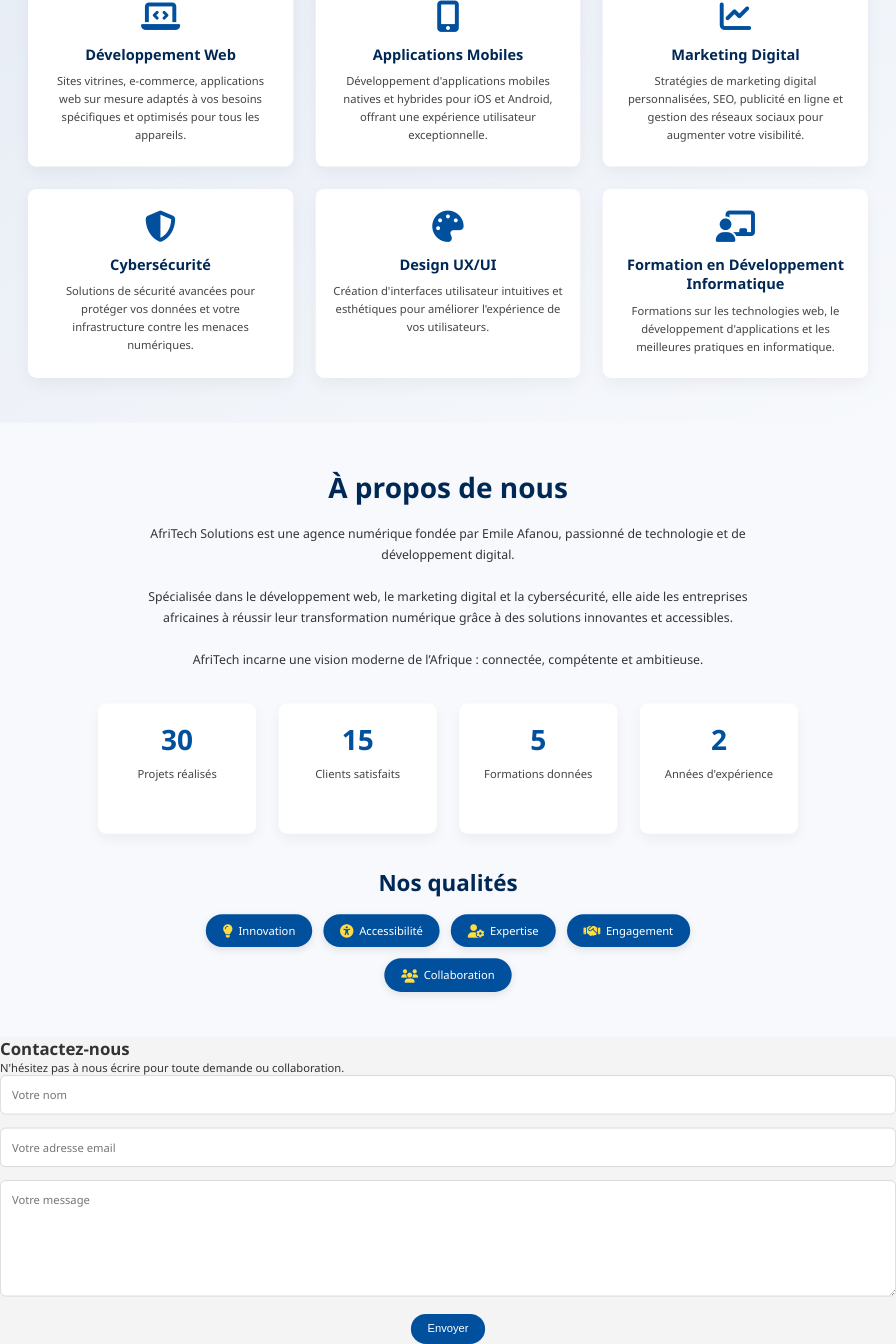
Repository: prestige225/AFRITECH
Page: index.html
An editor plug-in stored every save of this project. The page is shown before and after the next save, followed by the edit.
The browser window is 1280 px wide. The pictures show the part of the page from y = 670 to 2590 px (the page is 2590 px tall before and 2253 px after), at 70% of full size.

Above is the page before, as saved 2025-07-16 03:40:08.

### index.html

<!DOCTYPE html>
<html lang="en">
<head>
    <meta charset="UTF-8">
    <meta name="viewport" content="width=device-width, initial-scale=1.0">
    <!-- Font Awesome CDN -->
<link rel="stylesheet" href="https://cdnjs.cloudflare.com/ajax/libs/font-awesome/6.4.0/css/all.min.css">
    <link rel="stylesheet" href="style.css">

    <title>AFRITECH</title>
</head>
<body>
    <header>
        <div class="logo">
            <img src="image/logo.jpg" alt="AfanouTech Logo">
            <h1><span>AFRI</span>TECH</h1>
        </div>

         <!-- Bouton hamburger visible sur mobile -->
  <div class="menu-toggle" id="menu-toggle">
    <i class="fas fa-bars"></i>
  </div>


       <nav>
  <ul>
    <li><a href="index.html"><i class="fas fa-home"></i> Accueil</a></li>
    <li><a href="service.html"><i class="fas fa-tools"></i> Services</a></li>
    <li><a href="about.html"><i class="fas fa-info-circle"></i> À propos</a></li>
    <li><a href="contact.html"><i class="fas fa-envelope"></i> Contact</a></li>
    <li><a href="projet.html"><i class="fas fa-project-diagram"></i> Projets</a></li>
  </ul>
</nav>

    </header>

<!-- hero -->
 <section class="hero">
    <div class="hero-content">
        <h1>Solutions numériques innovantes pour l'Afrique</h1>

        <p>Nous créons des expériences web exceptionnelles et des stratégies marketing digitales qui propulsent votre entreprise vers le succès.</p>
        <a href="contact.html" class="btn">Contactez-nous</a>
        <a href="#" class="btn">Nos Services</a>

    </div>
    <div class="hero-image">
        <img src="image/emile.jpg" alt="Image d'accueil">
    </div>

    <div class="couleurpassante en design">

    </div>

 </section>


 <!-- SECTION SERVICES -->
  <section id="services" class="services-section">
            <h2>Nos Services</h2>
    <div class="services">

        <div class="service-item">
            <i class="fas fa-laptop-code"></i>
            <h3>Développement Web</h3>
            <p>Sites vitrines, e-commerce, applications web sur mesure adaptés à vos besoins spécifiques et optimisés pour tous les appareils.</p>
        </div>
        <div class="service-item">
            <i class="fas fa-mobile-alt"></i>
            <h3>Applications Mobiles</h3>
            <p>Développement d'applications mobiles natives et hybrides pour iOS et Android, offrant une expérience utilisateur exceptionnelle.</p>
        </div>
        <div class="service-item">
            <i class="fas fa-chart-line"></i>
            <h3>Marketing Digital</h3>
            <p>Stratégies de marketing digital personnalisées, SEO, publicité en ligne et gestion des réseaux sociaux pour augmenter votre visibilité.</p>
        </div>
        <div class="service-item">
            <i class="fas fa-shield-alt"></i>
            <h3>Cybersécurité</h3>
            <p>Solutions de sécurité avancées pour protéger vos données et votre infrastructure contre les menaces numériques.</p>
        </div>
        <div class="service-item">
            <i class="fas fa-palette"></i>
            <h3>Design UX/UI</h3>
            <p>Création d'interfaces utilisateur intuitives et esthétiques pour améliorer l'expérience de vos utilisateurs.</p>
        </div>

        <div class="service-item">
            <i class="fas fa-chalkboard-teacher"></i>
            <h3>Formation en Développement Informatique</h3>
            <p>Formations sur les technologies web, le développement d'applications et les meilleures pratiques en informatique.</p>
            </div>
    </div>
  </section>
<!-- SECTION apropos -->
<section id="about" class="about-section">
  <h2>À propos de nous</h2>
  <p>
    AfriTech Solutions est une agence numérique fondée par Emile Afanou, passionné de technologie et de développement digital.<br><br>
    Spécialisée dans le développement web, le marketing digital et la cybersécurité, elle aide les entreprises africaines à réussir leur transformation numérique grâce à des solutions innovantes et accessibles.<br><br>
    AfriTech incarne une vision moderne de l’Afrique : connectée, compétente et ambitieuse.
  </p>

  <!-- COMPTEURS -->
  <div class="counters">
    <div class="counter-box">
      <span class="counter" data-target="30">0</span>
      <p>Projets réalisés</p>
    </div>
    <div class="counter-box">
      <span class="counter" data-target="15">0</span>
      <p>Clients satisfaits</p>
    </div>
    <div class="counter-box">
      <span class="counter" data-target="5">0</span>
      <p>Formations données</p>
    </div>
    <div class="counter-box">
      <span class="counter" data-target="2">0</span>
      <p>Années d'expérience</p>
    </div>
  </div>

  <!-- NOS QUALITÉS -->
  <div class="nos-qualites">
    <h3>Nos qualités</h3>
    <ul>
      <li><i class="fas fa-lightbulb"></i> Innovation</li>
      <li><i class="fas fa-universal-access"></i> Accessibilité</li>
      <li><i class="fas fa-user-cog"></i> Expertise</li>
      <li><i class="fas fa-handshake"></i> Engagement</li>
      <li><i class="fas fa-users"></i> Collaboration</li>
    </ul>
  </div>
</section>


<section id="contact" class="contact-section">
  <h2>Contactez-nous</h2>
  <p>N'hésitez pas à nous écrire pour toute demande ou collaboration.</p>

  <form action="https://formspree.io/f/mabcxyz" method="POST">
    <div class="form-group">
      <input type="text" name="name" placeholder="Votre nom" required>
    </div>
    <div class="form-group">
      <input type="email" name="email" placeholder="Votre adresse email" required>
    </div>
    <div class="form-group">
      <textarea name="message" rows="6" placeholder="Votre message" required></textarea>
    </div>
    <button type="submit" class="btn">Envoyer</button>
  </form>
</section>



    <script src="index.js"></script>

    <!--  -->
</body>
</html>

### style.css

/* ========== RESET ========== */
* {
  margin: 0;
  padding: 0;
  box-sizing: border-box;
}

/* ========== GLOBAL ========== */
body {
  font-family: 'Segoe UI', sans-serif;
  background-color: #f4f4f4;
  color: #333;
}

/* ========== HEADER ========== */
header {
  background-color: #002855;
  color: white;
  padding: 1rem 2rem;
  display: flex;
  justify-content: space-between;
  align-items: center;
  flex-wrap: wrap;
  position: relative;
}

/* Logo */
.logo {
  display: flex;
  align-items: center;
  gap: 10px;
}

.logo img {
  width: 40px;
  height: 40px;
}

.logo h1 {
  font-size: 1.5rem;
  font-weight: bold;
}

.logo span {
  color: #ff8000;
}

/* Navigation */
nav ul {
  list-style: none;
  display: flex;
  gap: 1.5rem;
}

nav a {
  color: white;
  text-decoration: none;
  font-weight: 500;
  transition: 0.3s;
}

nav a:hover {
  color: #ff8000;
}

/* Hamburger button */
.menu-toggle {
  display: none;
  font-size: 1.8rem;
  color: white;
  cursor: pointer;
}

/* ========== RESPONSIVE ========== */
@media (max-width: 768px) {
  nav {
    width: 100%;
  }

  nav ul {
    flex-direction: column;
    background-color: #002855;
    position: absolute;
    top: 100%;
    left: 0;
    right: 0;
    display: none;
    padding: 1rem;
    z-index: 10;
  }

  nav ul.active {
    display: flex;
  }

  .menu-toggle {
    display: block;
  }
}
/* 🎯 SECTION HERO MODERNE */
.hero {
  display: flex;
  flex-wrap: wrap;
  align-items: center;
  justify-content: space-between;
  padding: 3rem 2rem;
  background: linear-gradient(to right, #002855, #00509e);
  color: white;
  position: relative;
  overflow: hidden;
}

/* Contenu texte */
.hero-content {
  flex: 1 1 50%;
  max-width: 600px;
  z-index: 1;
}

.hero-content h1 {
  font-size: 2.5rem;
  margin-bottom: 1rem;
}

.hero-content p {
  font-size: 1.1rem;
  margin-bottom: 2rem;
  line-height: 1.6;
}

/* Boutons */
.hero-content .btn {
  display: inline-block;
  background-color: #ff8000;
  color: white;
  padding: 0.8rem 1.5rem;
  margin-right: 1rem;
  border-radius: 5px;
  text-decoration: none;
  font-weight: bold;
  transition: background 0.3s ease;
}

.hero-content .btn:hover {
  background-color: #e67300;
}

/* Image d’accueil */
.hero-image {
  flex: 1 1 40%;
  text-align: center;
  z-index: 1;
}

.hero-image img {
  width: 100%;
  max-width: 400px;
  height: auto;
  border-radius: 15px;
}

/* Effet décoratif de fond (couleurpassante) */
.couleurpassante {
  position: absolute;
  top: -50px;
  right: -50px;
  width: 300px;
  height: 300px;
  background: radial-gradient(circle, #ffffff22, transparent 70%);
  border-radius: 50%;
  animation: flotter 10s infinite alternate;
  z-index: 0;
}

/* Animation douce */
@keyframes flotter {
  0% {
    transform: translateY(0) rotate(0deg);
  }
  100% {
    transform: translateY(20px) rotate(20deg);
  }
}

/* 📱 Responsive */
@media (max-width: 768px) {
  .hero {
    flex-direction: column;
    text-align: center;
  }

  .hero-content, .hero-image {
    flex: 1 1 100%;
    max-width: 100%;
  }

  .hero-content h1 {
    font-size: 2rem;
  }

  .hero-content p {
    font-size: 1rem;
  }

  .hero-content .btn {
    margin-bottom: 1rem;
  }
}


/* ========== SECTION SERVICES ========== */
.services-section {
  padding: 4rem 2rem;
  background: linear-gradient(to bottom right, #e6ecf5, #f7f9fc);
  text-align: center;
}

.services-section h2 {
  font-size: 2.5rem;
  margin-bottom: 3rem;
  color: #002855;
  font-weight: 700;
}

/* Container de toutes les cartes */
.services {
  display: grid;
  grid-template-columns: repeat(auto-fit, minmax(280px, 1fr));
  gap: 2rem;
  max-width: 1200px;
  margin: 0 auto;
}

/* Style individuel des services */
.service-item {
  background-color: #ffffff;
  border-radius: 12px;
  padding: 2rem 1.5rem;
  box-shadow: 0 8px 25px rgba(0, 0, 0, 0.05);
  transition: transform 0.3s ease, box-shadow 0.3s ease;
}

.service-item:hover {
  transform: translateY(-8px);
  box-shadow: 0 12px 30px rgba(0, 0, 0, 0.1);
}

/* Icône */
.service-item i {
  font-size: 2.8rem;
  color: #00509e;
  margin-bottom: 1rem;
}

/* Titre */
.service-item h3 {
  font-size: 1.3rem;
  margin-bottom: 0.8rem;
  color: #002855;
  font-weight: 600;
}

/* Paragraphe */
.service-item p {
  font-size: 1rem;
  line-height: 1.6;
  color: #444;
}


/* ===== SECTION À PROPOS ===== */
.about-section {
  padding: 4rem 2rem;
  text-align: center;
  background: #f7f9fc;
}

.about-section h2 {
  font-size: 2.5rem;
  color: #002855;
  margin-bottom: 1.5rem;
}

.about-section p {
  max-width: 900px;
  margin: 0 auto 3rem;
  font-size: 1.1rem;
  line-height: 1.8;
  color: #333;
}

/* ===== SECTION À PROPOS ===== */
.about-section {
  padding: 4rem 2rem;
  text-align: center;
  background: #f7f9fc;
  font-family: 'Segoe UI', Tahoma, Geneva, Verdana, sans-serif;
}

.about-section h2 {
  font-size: 2.5rem;
  color: #002855;
  margin-bottom: 1.5rem;
  font-weight: 700;
}

.about-section p {
  max-width: 900px;
  margin: 0 auto 3rem;
  font-size: 1.1rem;
  line-height: 1.7;
  color: #333;
}

.about-section {
  padding: 4rem 2rem;
  text-align: center;
  background: #f7f9fc;
  font-family: 'Segoe UI', Tahoma, Geneva, Verdana, sans-serif;
}

.about-section h2 {
  font-size: 2.5rem;
  color: #002855;
  margin-bottom: 1.5rem;
  font-weight: 700;
}

.about-section p {
  max-width: 900px;
  margin: 0 auto 3rem;
  font-size: 1.1rem;
  line-height: 1.7;
  color: #333;
}

/* Compteurs */
.counters {
  display: grid;
  grid-template-columns: repeat(auto-fit, minmax(160px, 1fr));
  gap: 2rem;
  max-width: 1000px;
  margin: 0 auto 3rem;
}

.counter-box {
  background: #fff;
  border-radius: 12px;
  padding: 1.5rem;
  box-shadow: 0 8px 20px rgba(0, 0, 0, 0.05);
  transition: transform 0.3s ease;
}

.counter-box:hover {
  transform: translateY(-5px);
}

.counter {
  font-size: 2.5rem;
  font-weight: 700;
  color: #00509e;
  display: block;
}

.counter-box p {
  margin-top: 0.5rem;
  font-size: 1rem;
  color: #444;
}

/* Nos qualités */
.nos-qualites {
  margin-top: 3rem;
  max-width: 800px;
  margin-left: auto;
  margin-right: auto;
  text-align: center;
}

.nos-qualites h3 {
  font-size: 2rem;
  color: #002855;
  margin-bottom: 1.5rem;
  font-weight: 700;
}

.nos-qualites ul {
  list-style: none;
  padding: 0;
  display: flex;
  flex-wrap: wrap;
  justify-content: center;
  gap: 1rem;
}

.nos-qualites li {
  background-color: #00509e;
  color: #fff;
  padding: 0.8rem 1.5rem;
  border-radius: 25px;
  font-size: 1rem;
  font-weight: 500;
  box-shadow: 0 4px 12px rgba(0, 0, 0, 0.1);
  display: flex;
  align-items: center;
  gap: 0.5rem;
  transition: background 0.3s ease;
}

.nos-qualites li:hover {
  background-color: #003f7f;
}

.nos-qualites li i {
  color: #ffdd40;
  font-size: 1.2rem;
}

/* Responsive */
@media (max-width: 768px) {
  .about-section h2 {
    font-size: 2rem;
  }

  .about-section p {
    font-size: 1rem;
    padding: 0 1rem;
  }

  .counter {
    font-size: 2rem;
  }

  .counter-box p {
    font-size: 0.95rem;
  }

  .nos-qualites li {
    font-size: 0.95rem;
    padding: 0.7rem 1.2rem;
  }
}

@media (max-width: 480px) {
  .counters {
    grid-template-columns: 1fr;
  }

  .nos-qualites ul {
    flex-direction: column;
    gap: 1rem;
  }

  .nos-qualites li {
    justify-content: center;
  }
}


/* Bouton pour ouvrir la modale */
.open-modal-btn {
  padding: 10px 20px;
  background-color: #00509e;
  color: white;
  border: none;
  border-radius: 25px;
  cursor: pointer;
  font-size: 1rem;
  margin: 2rem auto;
  display: block;
}

.open-modal-btn:hover {
  background-color: #003f7f;
}

/* Modale */
.modal {
  display: none;
  position: fixed;
  z-index: 1000;
  left: 0; top: 0;
  width: 100%;
  height: 100%;
  overflow: auto;
  background-color: rgba(0, 0, 0, 0.7);
}

/* Contenu de la modale */
.modal-content {
  background-color: #fff;
  margin: 10% auto;
  padding: 2rem;
  border-radius: 10px;
  max-width: 600px;
  width: 90%;
  position: relative;
  animation: fadeIn 0.3s ease-in-out;
}

/* Animation */
@keyframes fadeIn {
  from {opacity: 0; transform: scale(0.9);}
  to {opacity: 1; transform: scale(1);}
}

.modal-content h2 {
  color: #003f7f;
  margin-bottom: 1rem;
  font-size: 2rem;
  text-align: center;
}

.modal-content p {
  font-size: 1rem;
  text-align: center;
  color: #444;
}

.form-group {
  margin-bottom: 1.2rem;
}

input, textarea {
  width: 100%;
  padding: 1rem;
  border-radius: 8px;
  border: 1px solid #ccc;
  font-size: 1rem;
  font-family: inherit;
}

.btn {
  background-color: #00509e;
  color: white;
  padding: 0.8rem 1.5rem;
  border: none;
  border-radius: 25px;
  font-size: 1rem;
  cursor: pointer;
  display: block;
  margin: auto;
}

.btn:hover {
  background-color: #003f7f;
}

/* Bouton fermeture */
.close-btn {
  position: absolute;
  right: 15px;
  top: 10px;
  font-size: 1.8rem;
  color: #999;
  cursor: pointer;
}

.close-btn:hover {
  color: #000;
}

/* Responsive */
@media screen and (max-width: 500px) {
  .modal-content {
    padding: 1rem;
  }

  .modal-content h2 {
    font-size: 1.6rem;
  }

  .btn {
    width: 100%;
  }
}

### index.js

// script.js

// Récupération des éléments
const toggleBtn = document.getElementById("menu-toggle");
const navMenu = document.querySelector("nav ul");

// Écoute du clic sur le bouton menu
toggleBtn.addEventListener("click", () => {
  navMenu.classList.toggle("active");
});


const counters = document.querySelectorAll('.counter');

  counters.forEach(counter => {
    const updateCount = () => {
      const target = +counter.getAttribute('data-target');
      const count = +counter.innerText;
      const speed = 100; // Plus petit = plus rapide

      const increment = Math.ceil(target / speed);

      if (count < target) {
        counter.innerText = count + increment;
        setTimeout(updateCount, 30);
      } else {
        counter.innerText = target;
      }
    };

    updateCount();
  });

After the next save:
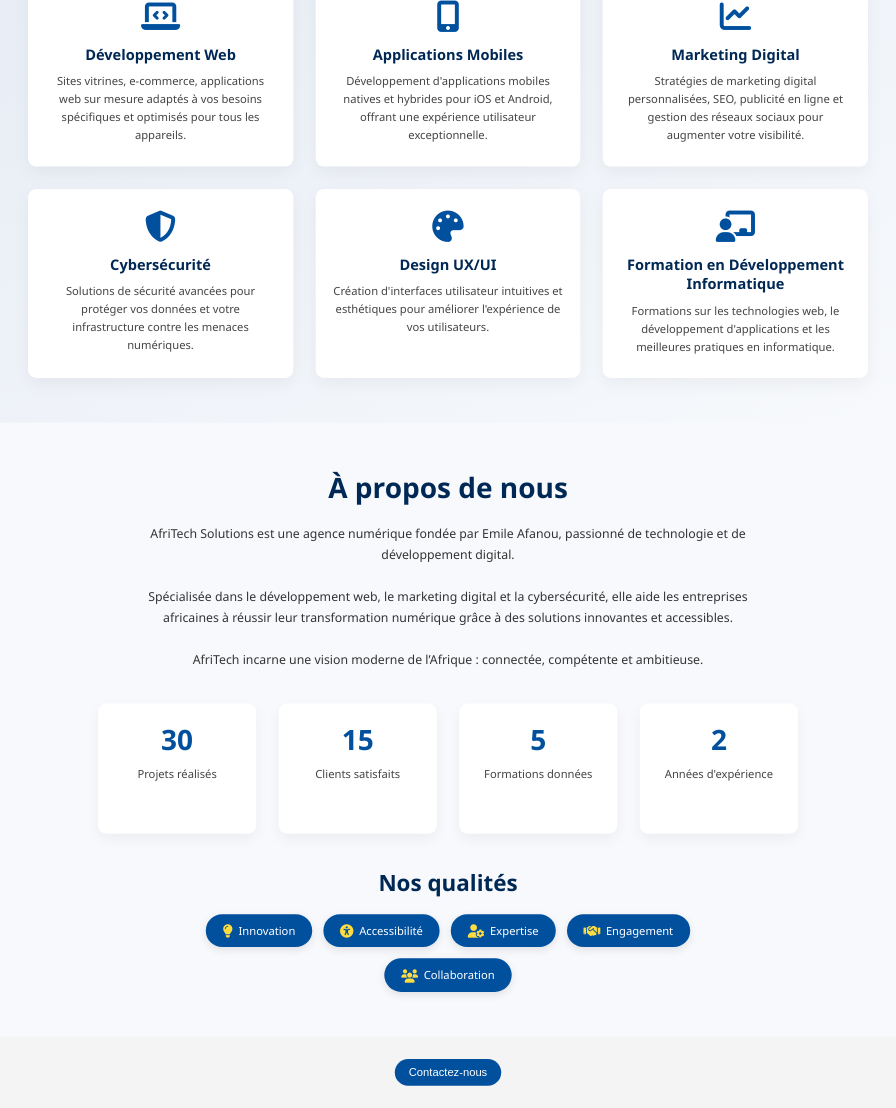
Saved 2 min 58 s later.
--- a/index.html
+++ b/index.html
@@ -28,7 +28,8 @@
     <li><a href="index.html"><i class="fas fa-home"></i> Accueil</a></li>
     <li><a href="service.html"><i class="fas fa-tools"></i> Services</a></li>
     <li><a href="about.html"><i class="fas fa-info-circle"></i> À propos</a></li>
-    <li><a href="contact.html"><i class="fas fa-envelope"></i> Contact</a></li>
+    <li><a href="#" id="openModalLink"><i class="fas fa-envelope"></i> Contact</a></li>
+
     <li><a href="projet.html"><i class="fas fa-project-diagram"></i> Projets</a></li>
   </ul>
 </nav>
@@ -136,29 +137,35 @@
   </div>
 </section>
 
-
-<section id="contact" class="contact-section">
-  <h2>Contactez-nous</h2>
-  <p>N'hésitez pas à nous écrire pour toute demande ou collaboration.</p>
-
-  <form action="https://formspree.io/f/mabcxyz" method="POST">
-    <div class="form-group">
-      <input type="text" name="name" placeholder="Votre nom" required>
-    </div>
-    <div class="form-group">
-      <input type="email" name="email" placeholder="Votre adresse email" required>
-    </div>
-    <div class="form-group">
-      <textarea name="message" rows="6" placeholder="Votre message" required></textarea>
-    </div>
-    <button type="submit" class="btn">Envoyer</button>
-  </form>
-</section>
-
-
-
     <script src="index.js"></script>
 
     <!--  -->
 </body>
+
+
+<!-- Bouton d'ouverture de la modale -->
+<button class="open-modal-btn">Contactez-nous</button>
+
+<!-- Modale Contact -->
+<div class="modal" id="contactModal">
+  <div class="modal-content">
+    <span class="close-btn">&times;</span>
+    <h2>Contactez-nous</h2>
+    <p>Remplissez ce formulaire pour nous écrire</p>
+
+    <form action="https://formspree.io/f/mabcxyz" method="POST">
+      <div class="form-group">
+        <input type="text" name="name" placeholder="Votre nom" required>
+      </div>
+      <div class="form-group">
+        <input type="email" name="email" placeholder="Votre adresse email" required>
+      </div>
+      <div class="form-group">
+        <textarea name="message" rows="6" placeholder="Votre message" required></textarea>
+      </div>
+      <button type="submit" class="btn">Envoyer</button>
+    </form>
+  </div>
+</div>
+
 </html>
